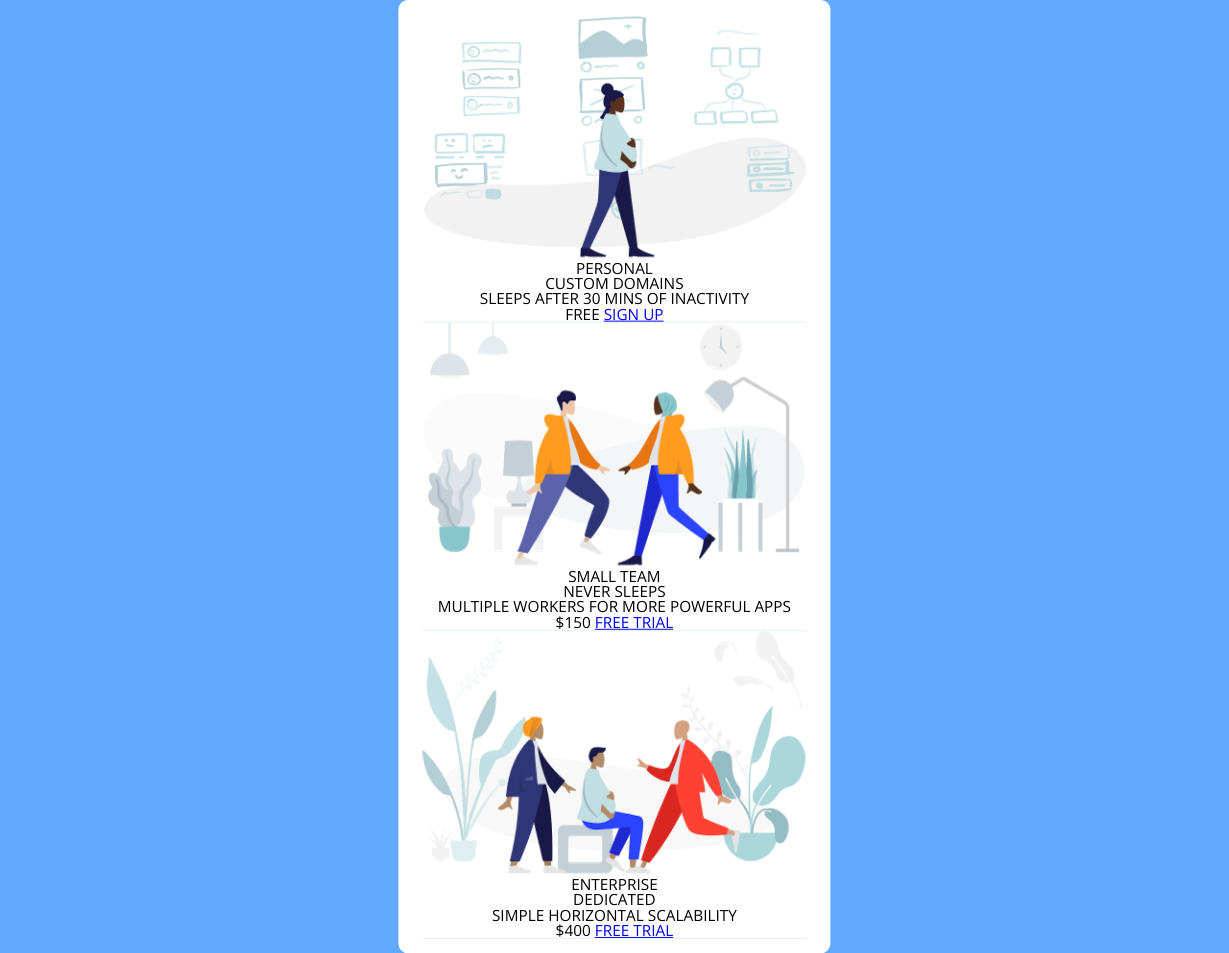
Repository: fatehailey/Pricing-Panel
Page: index.html
These files come from the project's save history. The page is drawn as it stood at one moment and after the next save; the edit follows.
The browser window is 1280 px wide. The pictures show the whole page, at 96% of full size.

Above is the page before, as saved 2022-09-05 20:12:50.

After the next save:
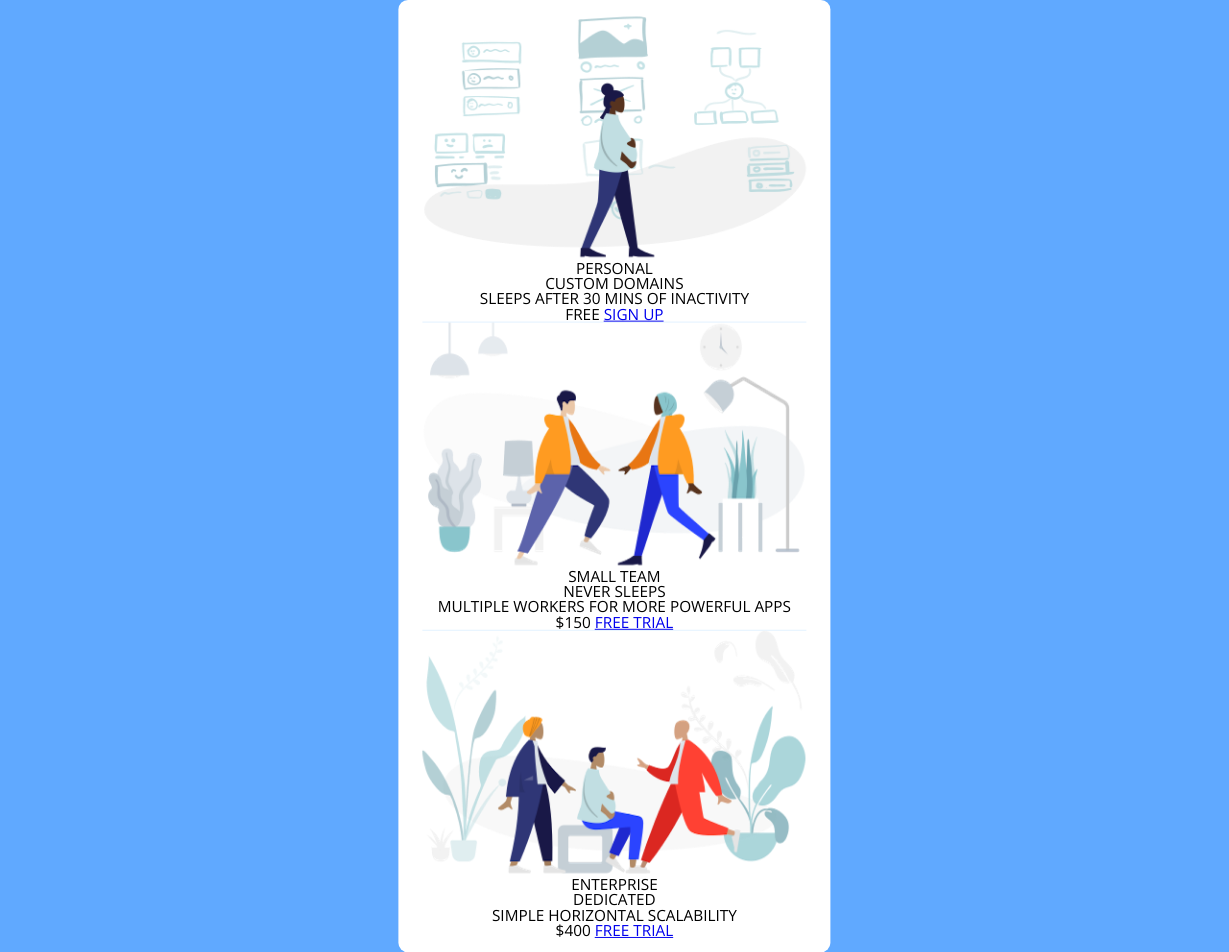
Saved 55 s later.
--- a/app.css
+++ b/app.css
@@ -71,10 +71,6 @@
     text-transform: uppercase;
 }
 
-.pricing-plan{
+.pricing-plan:not(:last-child) {
     border-bottom: 1px solid #e1f1ff;
-}
-
-.pricing-plan: last-child{
-    border-bottom: none;
-}
+  }
